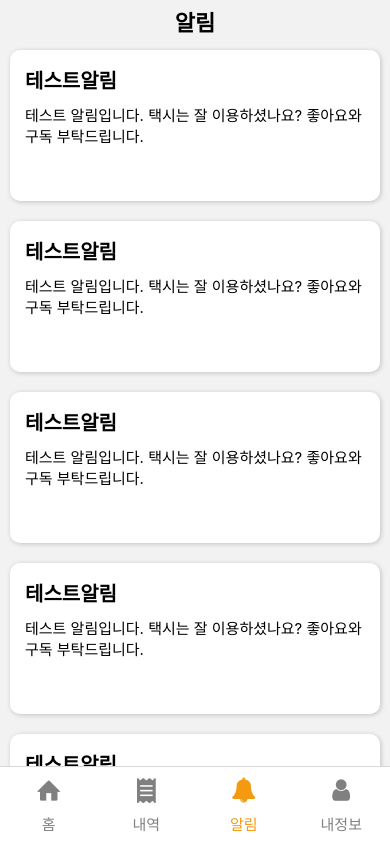
Repository: Unique0902/GachiDutch
Screen: /Alarm
These files come from the project's save history. The screen is drawn as it stood at one moment and after a run of saves; the edit follows.
An inner scrolling area shows only its first screen. The app was drawn by React Native's web renderer in a window 390 px wide. The project was rebuilt for these pictures with package versions that can differ from the ones it lists, and the page was loaded fresh each time. Some packages were replaced by stand-ins written for this rebuild. Also part of the build but not shown: sources/components/lowBar/lowBar.jsx, sources/components/taxi/taxi.jsx, sources/components/user/user.jsx, sources/components/dutch_history/dutch_history.jsx, sources/components/dutchpay_historys/dutchpay_historys.jsx, sources/components/delivery_historys/delivery_historys.jsx, sources/components/taxi_historys/taxi_historys.jsx, sources/components/receipt/receipt.jsx and 2 more.

Above is the screen before, as saved 2022-11-11 16:49:04.

### App.js
import React from 'react';
import { StyleSheet, Text, View, Image } from 'react-native';
import Home from './sources/components/home/home';
import { NavigationContainer } from '@react-navigation/native';
import { createNativeStackNavigator } from '@react-navigation/native-stack';
import Taxi from './sources/components/taxi/taxi';
import Main from './sources/routes/main/main';
import Login from './sources/routes/login/login';
import HttpClient from './sources/network/http.js';
import ReceiptService from './sources/services/receipt.js';
import Ready from './sources/components/ready/ready';

const Stack = createNativeStackNavigator();
const baseURL = 'https://dutch-server.herokuapp.com';
const httpClient = new HttpClient(baseURL);
const receiptService = new ReceiptService(baseURL);

export default function App() {
  return (
    <>
      <NavigationContainer>
        <Stack.Navigator screenOptions={{ headerShown: false }}>
          <Stack.Screen
            name='Main'
            children={({ navigation, route }) => (
              <Main
                receiptService={receiptService}
                navigation={navigation}
                route={route}
              />
            )}
          />
          <Stack.Screen name='Taxi' component={Taxi} />
          <Stack.Screen name='Login' component={Login} />
          <Stack.Screen name='Ready' component={Ready} />
        </Stack.Navigator>
      </NavigationContainer>
    </>
  );
}

const styles = StyleSheet.create({
  header: {
    flexDirection: 'row',
    alignItems: 'center',
    justifyContent: 'space-between',
    margin: 25,
  },
  main: {},
  container: {
    flex: 1,
    backgroundColor: '#fff',
    alignItems: 'center',
    justifyContent: 'center',
  },
  logo: {
    width: 150,
    height: 30,
  },
});

### sources/components/home/home.jsx
import React, { useRef, useState, useEffect } from 'react';
import {
  StyleSheet,
  Text,
  View,
  Image,
  Button,
  Pressable,
  ScrollView,
  Dimensions,
} from 'react-native';
import { Entypo } from '@expo/vector-icons';
import { FontAwesome } from '@expo/vector-icons';
import { FontAwesome5 } from '@expo/vector-icons';
import LowBar from '../lowBar/lowBar';
import { isLogin, getUid } from '../../services/asyncstorage';
import { StatusBar } from 'react-native';

const Home = ({ login, setLogin, navigation, setUserData, userData }) => {
  const [scrollNum, setScrollNum] = useState(1);
  const windowWidth = Dimensions.get('window').width;
  const statusBarHeight = StatusBar.currentHeight;
  const headerStyle = {
    marginTop: statusBarHeight,
  };
  let advertisementWidth = windowWidth - 40;
  const scrollWidth = parseInt(advertisementWidth);
  let scrollLeft = 0;

  const advertisementStyle = () => {
    return {
      width: advertisementWidth,
    };
  };
  const pageCircleStyle = (num) => {
    if (scrollNum === num) {
      return {
        color: '#FB9700',
      };
    } else {
      return {
        color: '#FFFDD1',
      };
    }
  };
  const scrollRef = useRef();
  return (
    <View style={[styles.home, headerStyle]}>
      <View style={styles.top}>
        <View style={styles.header}>
          <Image
            source={require('../../images/dutch_logo.png')}
            style={styles.logo}
          />
          <Pressable
            onPress={() => {
              navigation.navigate('Ready');
            }}
          >
            <Entypo name='menu' size={35} color='black' />
          </Pressable>
        </View>
        <View style={styles.mainTop}>
          {login ? (
            <View style={styles.onLogin}>
              <Text style={styles.onLoginText}>
                {userData && userData.name}님 반가워요!
              </Text>
            </View>
          ) : (
            <View style={styles.login}>
              <View style={styles.loginTop}>
                <Pressable
                  style={styles.loginBtn}
                  onPress={() =>
                    navigation.navigate('Login', { setLogin, setUserData })
                  }
                >
                  <Text style={[styles.loginText, styles.loginBtnText]}>
                    로그인
                  </Text>
                </Pressable>
                <Text style={styles.loginText}>하시고</Text>
              </View>
              <Text style={styles.loginText}>다양한 혜택을 만나 보세요!</Text>
            </View>
          )}
          <View style={styles.advertisementBox}>
            <ScrollView
              horizontal
              pagingEnabled
              contentContainerStyle={styles.advertisementScroll}
              ref={scrollRef}
              onScroll={(e) => {
                scrollLeft = parseInt(e.nativeEvent.contentOffset.x);
                if (scrollLeft % scrollWidth < 10) {
                  setScrollNum(parseInt(scrollLeft / scrollWidth + 1));
                }
              }}
              scrollEventThrottle={100}
              showsHorizontalScrollIndicator={false}
            >
              <Pressable
                style={[styles.advertisement, advertisementStyle()]}
                onPress={() => {
                  navigation.navigate('Ready');
                }}
              >
                <Image
                  source={require('../../images/advertisement_img.png')}
                  style={styles.advertisementImg}
                />
                <Text style={styles.advertisementText}>
                  같이 더치로{'\n'}편리하게 이용하세요
                </Text>
              </Pressable>
              <Pressable
                style={[styles.advertisement, advertisementStyle()]}
                onPress={() => {
                  navigation.navigate('Ready');
                }}
              >
                <Image
                  source={require('../../images/advertisement_img.png')}
                  style={styles.advertisementImg}
                />
                <Text style={styles.advertisementText}>
                  같이 더치로{'\n'}편리하게 이용하세요
                </Text>
              </Pressable>
              <Pressable
                style={[styles.advertisement, advertisementStyle()]}
                onPress={() => {
                  navigation.navigate('Ready');
                }}
              >
                <Image
                  source={require('../../images/advertisement_img.png')}
                  style={styles.advertisementImg}
                />
                <Text style={styles.advertisementText}>
                  같이 더치로{'\n'}편리하게 이용하세요
                </Text>
              </Pressable>
              <Pressable
                style={[styles.advertisement, advertisementStyle()]}
                onPress={() => {
                  navigation.navigate('Ready');
                }}
              >
                <Image
                  source={require('../../images/advertisement_img.png')}
                  style={styles.advertisementImg}
                />
                <Text style={styles.advertisementText}>
                  같이 더치로{'\n'}편리하게 이용하세요
                </Text>
              </Pressable>
            </ScrollView>
            <View style={styles.pageCircles}>
              <FontAwesome
                style={[styles.pageCircle, pageCircleStyle(1)]}
                name='circle'
                size={10}
                color='white'
              />
              <FontAwesome
                style={[styles.pageCircle, pageCircleStyle(2)]}
                name='circle'
                size={10}
                color='white'
              />
              <FontAwesome
                style={[styles.pageCircle, pageCircleStyle(3)]}
                name='circle'
                size={10}
                color='white'
              />
              <FontAwesome
                style={[styles.pageCircle, pageCircleStyle(4)]}
                name='circle'
                size={10}
                color='white'
              />
            </View>
          </View>
        </View>
      </View>
      <Pressable
        style={styles.event}
        onPress={() => {
          navigation.navigate('Ready');
        }}
      >
        <View>
          <Text style={[styles.eventText, { fontSize: 20 }]}>
            이벤트 {'   '}|
          </Text>
        </View>
        <Text style={[styles.eventText, { fontSize: 15, marginLeft: 20 }]}>
          같이더치 월 결제로 10% 할인받자!
        </Text>
        <Text style={[styles.eventText, { fontSize: 20, marginLeft: 20 }]}>
          {'>'}
        </Text>
      </Pressable>

      <View style={styles.mainBottom}>
        <View style={styles.categories}>
          <View style={styles.topBtns}>
            <View style={styles.btnShadow}>
              <Pressable
                style={styles.goodsBtn}
                onPress={() => {
                  if (login) {
                    navigation.navigate('Taxi', { userData });
                  } else {
                    navigation.navigate('Login', { setLogin, setUserData });
                  }
                }}
              >
                <Image
                  source={require('../../images/taxi_img.png')}
                  style={styles.taxiImg}
                />
                <Text style={[styles.goodText, { marginTop: 20 }]}>택시</Text>
              </Pressable>
            </View>
            <View style={styles.btnShadow}>
              <Pressable
                style={styles.goodsBtn}
                onPress={() => {
                  navigation.navigate('Ready');
                }}
              >
                <Image
                  source={require('../../images/delivery_img.png')}
                  style={styles.taxiImg}
                />
                <Text style={[styles.goodText, { marginTop: 20 }]}>배달</Text>
              </Pressable>
            </View>
          </View>
          <View style={styles.downBtns}>
            <View style={styles.btnShadow}>
              <Pressable
                style={styles.downGoodsBtn}
                onPress={() => {
                  navigation.navigate('Ready');
                }}
              >
                <Image
                  source={require('../../images/taxi_human_img.png')}
                  style={styles.peopleImg}
                />
                <Text
                  style={[styles.goodText, { marginRight: 20, marginLeft: 20 }]}
                >
                  지인끼리
                </Text>
                <Image
                  source={require('../../images/location_img.png')}
                  style={styles.peopleImg}
                />
              </Pressable>
            </View>
          </View>
        </View>
      </View>
    </View>
  );
};

export default Home;

const styles = StyleSheet.create({
  home: {
    flex: 1,
    flexDirection: 'column',
  },
  loginText: {
    paddingVertical: 5,
  },
  header: {
    flexDirection: 'row',
    alignItems: 'center',
    justifyContent: 'space-between',
    margin: 0,
    flex: 1,
  },
  mainTop: {
    flex: 6,
  },
  top: {
    flex: 6,
    padding: 20,
  },
  loginBtn: {},
  login: {
    flex: 2,
    marginTop: 15,
  },
  onLogin: {
    flex: 2,
    marginTop: 15,
  },
  onLoginText: {
    marginTop: 10,
    fontSize: 25,
    fontWeight: '600',
    color: '#444444',
  },
  loginTop: {
    flexDirection: 'row',
    alignItems: 'center',
  },
  loginText: {
    fontSize: 18,
    color: '#444444',
  },
  loginBtnText: {
    color: '#F39910',
    textDecorationLine: 'underline',
    textDecorationStyle: 'solid',
    textDecorationColor: '#000',
  },
  mainBottom: {
    flex: 6,
    padding: 15,
  },
  advertisementScroll: {
    borderRadius: 15,
    position: 'relative',
  },
  advertisementBox: {
    flex: 4,
  },
  advertisement: {
    backgroundColor: '#FBBA00',
    borderRadius: 15,
    position: 'relative',
  },
  advertisementText: {
    color: 'white',
    fontSize: 20,
    fontWeight: '800',
    marginLeft: 30,
    marginTop: 25,
  },
  advertisementImg: {
    width: '100%',
    height: '87%',
    position: 'absolute',
    borderRadius: 20,
    bottom: 0,
  },
  pageCircles: {
    flexDirection: 'row',
    position: 'absolute',
    alignItems: 'center',
    bottom: 4,
    left: 140,
  },
  pageCircle: {
    marginLeft: 3,
    marginRight: 3,
  },
  event: {
    flex: 1,
    backgroundColor: '#3C4451',
    flexDirection: 'row',
    justifyContent: 'center',
    alignItems: 'center',
  },
  categories: {
    flex: 1,
  },
  topBtns: {
    flexDirection: 'row',
    flex: 3,
  },
  downBtns: {
    flex: 2,
  },
  goodsBtn: {
    borderRadius: 20,
    backgroundColor: 'white',
    width: '100%',
    height: '100%',
    alignItems: 'center',
    justifyContent: 'center',
  },
  downGoodsBtn: {
    borderRadius: 20,
    backgroundColor: 'white',
    width: '100%',
    height: '100%',
    flexDirection: 'row',
    justifyContent: 'center',
    alignItems: 'center',
  },
  goodText: {
    fontSize: 20,
    fontWeight: '600',
  },
  btnShadow: {
    flex: 1,
    shadowOffset: {
      width: 0,
      height: 1,
    },
    shadowOpacity: 0.18,
    borderRadius: 20,
    shadowRadius: 1.0,
    elevation: 1,
    margin: 5,
  },
  eventText: {
    color: 'white',
  },
  taxiImg: {
    width: 90,
    height: 90,
  },
  peopleImg: {
    width: 60,
    height: 67,
  },
  logo: {
    width: 150,
    height: 30,
  },
});

### sources/routes/main/main.jsx
import React, { useEffect, useRef, useState } from 'react';
import { View, Button, Text } from 'react-native';
import Home from '../../components/home/home';
import LowBar from '../../components/lowBar/lowBar';
import User from '../../components/user/user';
import Alarm from '../../components/alarm/alarm';
import Receipt from '../../components/receipt/receipt';
import { createBottomTabNavigator } from '@react-navigation/bottom-tabs';
import { Entypo } from '@expo/vector-icons';
import { FontAwesome } from '@expo/vector-icons';
import { FontAwesome5 } from '@expo/vector-icons';
import { isLogin, matchUserData } from '../../services/asyncstorage';

const Tab = createBottomTabNavigator();

const Main = ({ receiptService, navigation, route }) => {
  const [login, setLogin] = useState(false);
  const [userData, setUserData] = useState(null);
  useEffect(() => {
    isLogin().then((result) => {
      if (result) {
        setLogin(true);
        console.log('로그인 되어있음!');
        matchUserData(setUserData);
      } else {
        setLogin(false);
        console.log('로그인 안되어있음!');
      }
    });
  }, [login]);
  return (
    <>
      <View style={{ flex: 14 }}>
        <Tab.Navigator
          screenOptions={({ route }) => ({
            tabBarIcon: ({ color, size }) => {
              if (route.name === 'Home') {
                return <Entypo name='home' size={size} color={color} />;
              } else if (route.name === 'Receipt') {
                return (
                  <FontAwesome5 name='receipt' size={size} color={color} />
                );
              } else if (route.name === 'Alarm') {
                return <FontAwesome name='bell' size={size} color={color} />;
              } else if (route.name === 'User') {
                return <FontAwesome name='user' size={size} color={color} />;
              }
            },
            tabBarStyle: { flex: 0.1 },
            tabBarLabelStyle: {
              fontSize: 15,
              marginBottom: 10,
              fontWeight: '500',
            },
            tabBarActiveTintColor: '#F49A11',
            tabBarInactiveTintColor: 'gray',
            headerShown: false,
          })}
        >
          <Tab.Screen
            name='Home'
            options={({ route, navigation }) => {
              return { tabBarLabel: '홈' };
            }}
            children={({ navigation }) => (
              <Home
                login={login}
                setLogin={setLogin}
                navigation={navigation}
                setUserData={setUserData}
                userData={userData}
              />
            )}
          />
          <Tab.Screen
            name='Receipt'
            options={({ route, navigation }) => {
              return { tabBarLabel: '내역' };
            }}
            children={({ navigation, route }) => (
              <Receipt
                login={login}
                navigation={navigation}
                receiptService={receiptService}
                userData={userData}
                route={route}
              />
            )}
          />
          <Tab.Screen
            options={({ route, navigation }) => {
              return { tabBarLabel: '알림' };
            }}
            name='Alarm'
            children={({ navigation }) => (
              <Alarm login={login} navigation={navigation} />
            )}
          />
          <Tab.Screen
            options={({ route, navigation }) => {
              return { tabBarLabel: '내정보' };
            }}
            name='User'
            children={({ navigation }) => (
              <User
                login={login}
                setLogin={setLogin}
                navigation={navigation}
                setUserData={setUserData}
                userData={userData}
              />
            )}
          />
        </Tab.Navigator>
      </View>
    </>
  );
};

export default Main;

### sources/network/http.js
export default class HttpClient {
  constructor(baseURL) {
    this.baseURL = baseURL;
  }

  async fetch(url, options) {
    const res = await fetch(`${this.baseURL}${url}`, {
      ...options,
      headers: {
        'Content-Type': 'application/json',
        ...options.headers,
      },
    });
    let data;
    try {
      data = await res.json();
    } catch (error) {
      console.error(error);
    }

    if (res.status > 299 || res.status < 200) {
      const message =
        data && data.message ? data.message : 'Something went wrong! 🤪';
      const error = new Error(message);
      throw error;
    }
    return data;
  }
}

### sources/services/receipt.js
export default class ReceiptService {
  constructor(http) {
    this.http = http;
  }

  getTexiHistorys = async (userId) => {
    return await fetch(`${this.http}/receipt/all/${userId}`, {
      method: 'GET',
    });
  };
}

### sources/services/asyncstorage.js
import AsyncStorage from '@react-native-async-storage/async-storage';

export const isLogin = async () => {
  try {
    const loginDatas = await AsyncStorage.getItem('loginDatas');
    console.log(loginDatas);
    if (loginDatas) {
      return true;
    } else {
      return false;
    }
  } catch (e) {
    console.error(e);
  }
};

export const logout = async () => {
  try {
    await AsyncStorage.removeItem('loginDatas');
  } catch (error) {
    console.error(error);
  }
};

export const getRefreshToken = async () => {
  try {
    const loginDatas = await AsyncStorage.getItem('loginDatas');
    if (loginDatas) {
      return JSON.parse(loginDatas).refreshToken;
    }
  } catch (e) {
    console.error(e);
  }
};

export const getUid = async () => {
  try {
    const loginDatas = await AsyncStorage.getItem('loginDatas');
    if (loginDatas) {
      return JSON.parse(loginDatas).uid;
    }
  } catch (e) {
    console.error(e);
  }
};

export const matchUserData = async (setUserData) => {
  try {
    const loginDatas = await AsyncStorage.getItem('loginDatas');
    if (loginDatas) {
      return setUserData(JSON.parse(loginDatas));
    }
  } catch (e) {
    console.error(e);
  }
};

### sources/components/alarm/alarm.jsx
import React, { useRef, useState, useEffect } from 'react';
import { ScrollView, StyleSheet, Text, View, Image } from 'react-native';
import { Fontisto, AntDesign } from '@expo/vector-icons';
import { Dimensions } from 'react-native';
import AlertItem from './alert';
import { StatusBar } from 'react-native';

const Alarm = (props) => {
  const statusBarHeight = StatusBar.currentHeight;
  const headerStyle = {
    marginTop: statusBarHeight,
  };
  const [alerts, setAlerts] = useState({});
  const temp_alerts = {
    1662111985970: {
      title: '테스트알림',
      content:
        '테스트 알림입니다. 택시는 잘 이용하셨나요? 좋아요와 구독 부탁드립니다.',
      time: '1662114985970',
    },
    1662104985970: {
      title: '테스트알림',
      content:
        '테스트 알림입니다. 택시는 잘 이용하셨나요? 좋아요와 구독 부탁드립니다.',
      time: '1662114985970',
    },
    1662114985970: {
      title: '테스트알림',
      content:
        '테스트 알림입니다. 택시는 잘 이용하셨나요? 좋아요와 구독 부탁드립니다.',
      time: '1662114985970',
    },
    1661114985970: {
      title: '테스트알림',
      content:
        '테스트 알림입니다. 택시는 잘 이용하셨나요? 좋아요와 구독 부탁드립니다.',
      time: '1662114984970',
    },
    1612114985970: {
      title: '테스트알림',
      content:
        '테스트 알림입니다. 택시는 잘 이용하셨나요? 좋아요와 구독 부탁드립니다.',
      time: '1661114984970',
    },
  };
  // const temp_alerts = {};
  useEffect(() => {
    setAlerts(temp_alerts);
  }, []);

  return (
    <View style={[styles.container, headerStyle]}>
      <View style={styles.header}>
        <Text style={styles.headerText}>알림</Text>
      </View>

      {Object.keys(alerts).length === 0 ? (
        <View style={{ ...styles.alerts, ...styles.noNotification }}>
          <AntDesign
            style={{ opacity: 0.5 }}
            name='notification'
            size={50}
            color='black'
          />
          <Text style={{ fontSize: 25, marginTop: 10, opacity: 0.5 }}>
            알림이 없습니다.
          </Text>
        </View>
      ) : (
        <View style={styles.alerts}>
          <ScrollView>
            {Object.keys(alerts).map((key) => (
              <AlertItem
                key={key}
                title={alerts[key].title}
                content={alerts[key].content}
                time={alerts[key].time}
              ></AlertItem>
            ))}
          </ScrollView>
        </View>
      )}
    </View>
  );
};

export default Alarm;

const styles = StyleSheet.create({
  container: {
    flexDirection: 'column',
    flex: 1,
    alignContent: 'center',
  },
  header: {
    height: 40,
    paddingHorizontal: 25,
    flexDirection: 'row',
    justifyContent: 'center',
  },
  alerts: {
    flex: 7,
  },
  headerText: {
    fontSize: 22,
    fontWeight: '600',
    marginVertical: 5,
  },
  noNotification: {
    justifyContent: 'center',
    alignItems: 'center',
  },
});

### sources/components/alarm/alert.js
import { StyleSheet, Text, View, Image } from 'react-native';

function elapsedText(date) {
  // 초 (밀리초)
  const seconds = 1;
  // 분
  const minute = seconds * 60;
  // 시
  const hour = minute * 60;
  // 일
  const day = hour * 24;

  var today = new Date();
  var elapsedTime = Math.trunc((today.getTime() - date) / 1000);

  var elapsedText = '';
  if (elapsedTime < seconds) {
    elapsedText = '방금 전';
  } else if (elapsedTime < minute) {
    elapsedText = elapsedTime + '초 전';
  } else if (elapsedTime < hour) {
    elapsedText = Math.trunc(elapsedTime / minute) + '분 전';
  } else if (elapsedTime < day) {
    elapsedText = Math.trunc(elapsedTime / hour) + '시간 전';
  } else if (elapsedTime < day * 15) {
    elapsedText = Math.trunc(elapsedTime / day) + '일 전';
  } else {
  }

  return elapsedText;
}

export default function AlertItem(props) {
  const elapsedTime = elapsedText(props.time);
  return (
    <View style={styles.alert}>
      <Text style={styles.alertTitle}>{props.title}</Text>
      <Text textBreakStrategy={'simple'} style={styles.alertBody}>
        {props.content}
      </Text>
      <View style={{ flexDirection: 'row', justifyContent: 'space-between' }}>
        <Text style={styles.alertTime}>{elapsedTime}</Text>
        <Image style={styles.alertLogo}></Image>
      </View>
    </View>
  );
}

const styles = StyleSheet.create({
  alert: {
    borderRadius: 10,
    backgroundColor: 'white',
    shadowColor: '#000',
    shadowOffset: {
      width: 1,
      height: 1,
    },
    shadowOpacity: 0.2,
    shadowRadius: 5,
    elevation: 5,
    marginVertical: 10,
    marginHorizontal: 10,
    paddingHorizontal: 15,
    paddingTop: 15,
  },
  alertTitle: {
    fontSize: 20,
    fontWeight: '900',
    marginBottom: 10,
  },
  alertBody: {
    marginBottom: 5,
    fontSize: 15,
  },
  alertLogo: {
    width: 100,
    height: 50,
    resizeMode: 'contain',
    opacity: 0.3,
    justifyContent: 'flex-end',
  },
  alertTime: {
    fontSize: 13,
    opacity: 0.4,
    marginTop: 10,
  },
});

Loaded but not shown: index.js (common file)

After the next 2 saves:
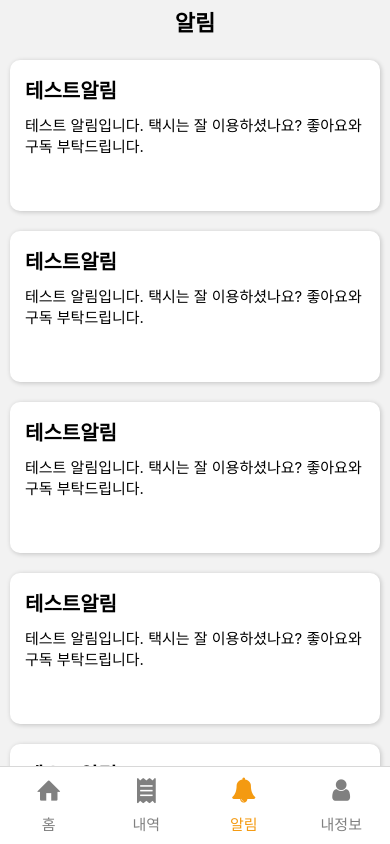
The 2 saves are shown as one change because they came seconds apart.
The last was saved 115 s later.
--- a/sources/components/alarm/alarm.jsx
+++ b/sources/components/alarm/alarm.jsx
@@ -97,6 +97,7 @@ const styles = StyleSheet.create({
     paddingHorizontal: 25,
     flexDirection: 'row',
     justifyContent: 'center',
+    marginBottom: 10,
   },
   alerts: {
     flex: 7,
